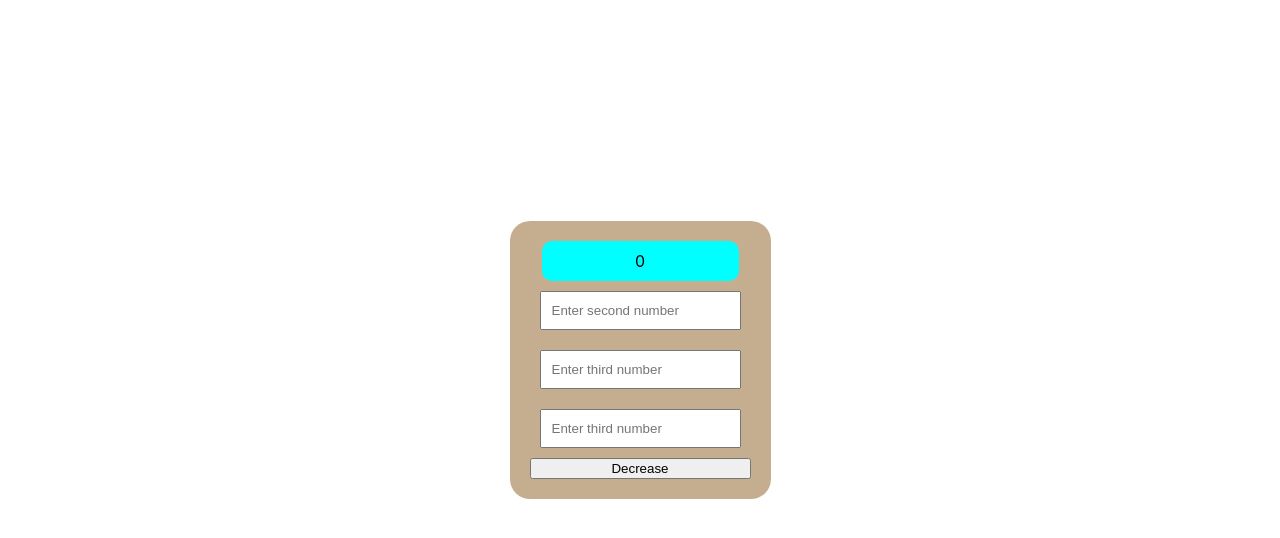
Repository: purnimapatel/SI-calculator
Page: /
These files come from the project's save history. The page is drawn as it stood at one moment and after the next save; the edit follows.
The browser window is 1280 px wide. The pictures show the whole page.
The project was rebuilt for these pictures with package versions that can differ from the ones it lists, and the page was loaded fresh each time.

Above is the page before, as saved 2024-08-26 11:37:43.

### src/App.jsx
import logo from './logo.svg';
import './App.css';
import { useState } from 'react';

function App() {
  const[rate, setRate]=(useState(''));
  const[principle, setPrinciple]=(useState());
  const[time, setTime]=(useState(''));
  const[res, setRes]=(useState(0));
  return(

    <div className="container">
    <div className="container1">
    <div className="result">
    {res}
    </div>


    <input
        type="number"
        id = "field"
        value={rate}
        onChange={(e) => setRate(Number(e.target.value))}
        placeholder="Enter second number"
      />
      <input
        type="number"
        id="field"
        value={principle}
        onChange={(e) => setPrinciple(Number(e.target.value))}
        placeholder="Enter third number"
      />
      <input
        type="number"
        id = "field"
        value={time}
        onChange={(e) => setTime(Number(e.target.value))}
        placeholder="Enter third number"
      />
    <button className='btn2' onClick={result}>Decrease</button>
    </div>
    </div>

  )
  function result(){

    setRate('');
    setPrinciple('');
    setTime('');
    setRes((rate*principle*time)/100)

}




}


export default App;

### src/App.css
.App {
  text-align: center;

}
.container{
  display: flex;
  justify-content: center;
  align-items:center;
  height:100vh;

}
.container1{

  background-color:rgb(197, 174, 144);
  display:flex;
  text-align: center;
  flex-direction: column;
  justify-content: center;
  height: auto;
  width:auto;
  padding:20px;
  border-radius: 20px;

}
.result{
  display: flex;
  text-align: center;
  justify-content: center;
  margin:0px 12px;
  padding:10px 0px;
  background-color:aqua;
  border-radius:10px;

}
input[type=number]::-webkit-outer-spin-button,
input[type=number]::-webkit-inner-spin-button {
    -webkit-appearance: none;
    margin: 0;
}

/* Remove the spinner in Firefox */
input[type=number] {
    -moz-appearance: textfield;
}
#field{
  margin:10px;
  padding:10px;
}

Loaded but not shown: public/index.html (common file); src/index.js (common file); src/index.css (common file); src/reportWebVitals.js (common file)

After the next save:
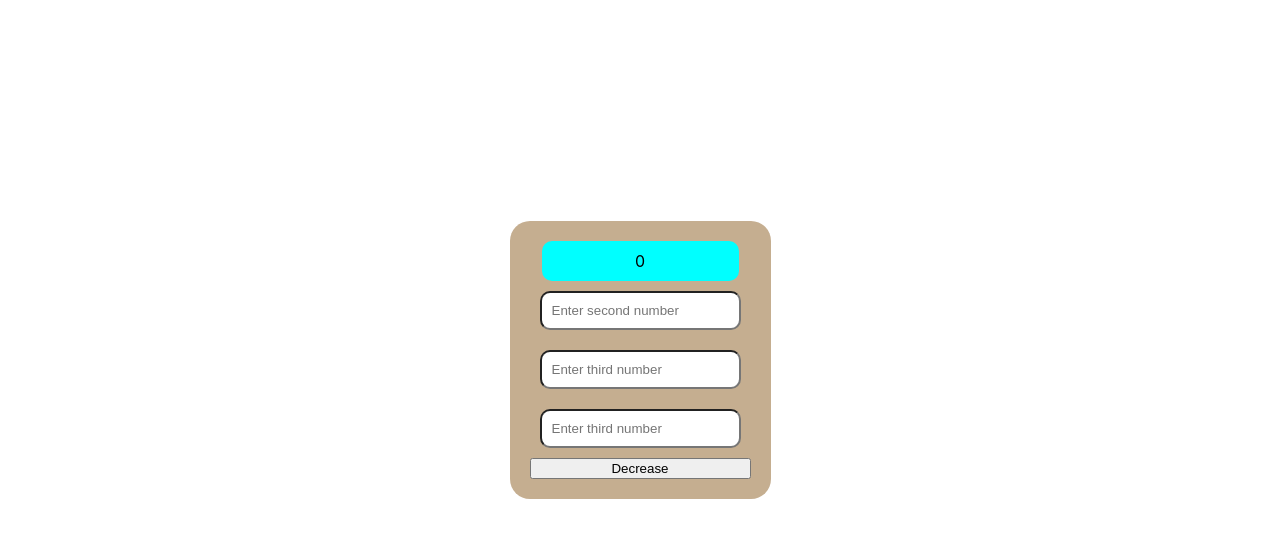
Saved 24 s later.
--- a/src/App.css
+++ b/src/App.css
@@ -45,4 +45,5 @@ input[type=number] {
 #field{
   margin:10px;
   padding:10px;
+  border-radius:10px;
 }
